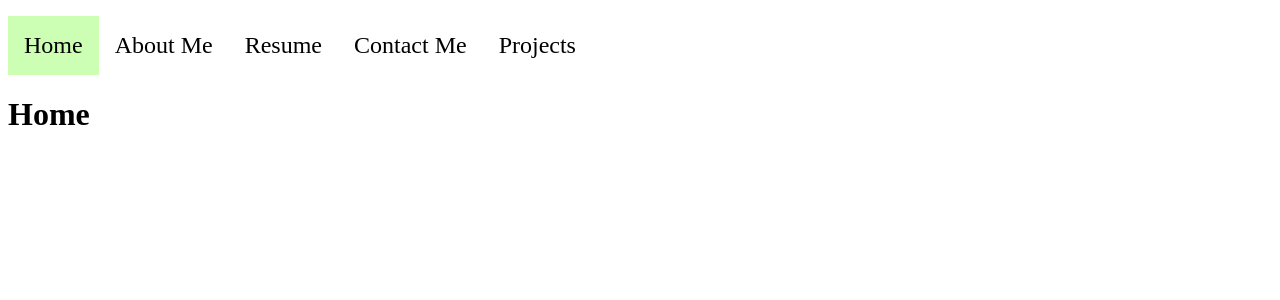
Repository: meganclapinski/meganclapinski.github.io
Page: contactme.html
The author's editor kept a record of every edit. The page is drawn from the files as they stood at one moment, then again after the next edit.
The browser window is 1280 px wide. The pictures show the whole page.

Above is the page before.

### contactme.html
<!DOCTYPE html>
<html>
   <head>
   <title>Megan's Portfolio</title>

   <link rel="stylesheet" type="text/css" href="style.css">

   </head>
   <body>
        <ul class="navbar">
            <li class="active"> <a href="index.html" >Home</a></li>
             <li> <a href="aboutme.html">About Me</a></li>
            <li> <a href="resume.html" >Resume</a></li>
            <li> <a href="contactme.html">Contact Me</a></li>

            <li class= "dropdown">
              <div>Projects</div>
              <ul class="dropdown-content">
                  <li> <a href="project1.html">Project 1</a></li>
                  <li> <a href="project2.html">Project 2</a></li>
                  <li> <a href="project3.html">Project 3</a></li>
                  </ul>
            </li>

        </ul>

        <h1>Home</h1>

### style.css
 .navbar{
           list-style:none;
           background-color:white;
           overflow: hidden;
           padding: 0;
       }
       .navbar a, .dropdown div {
           text-decoration:none;
           color:black;
           font-size: 24px;
           padding: 16px ;
           display:inline-block ;
       }
       .navbar li{
           float:left;

       }
       .navbar li:hover{
           background-color:#99ccff;
       }
       .dropdown-content{
           list-style:none;
           padding:0;
           display:none;
           position:absolute;
           z-index:1;
           background-color:#ccffb3;
       }
       .dropdown-content li{
           float:none;

       }
       .dropdown:hover .dropdown-content{
           display:block;
       }
        .active {
           background-color:#ccffb3;
       }

After the next edit:
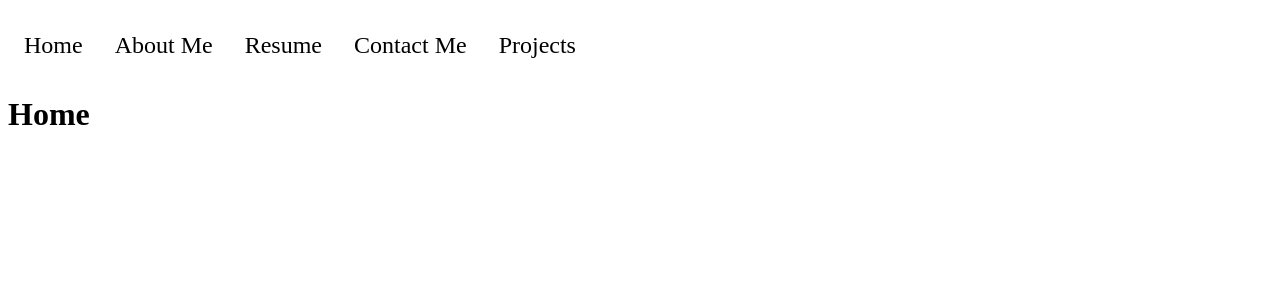
The edit:
--- a/contactme.html
+++ b/contactme.html
@@ -8,7 +8,7 @@
    </head>
    <body>
         <ul class="navbar">
-            <li class="active"> <a href="index.html" >Home</a></li>
+            <li> <a href="index.html" >Home</a></li>
              <li> <a href="aboutme.html">About Me</a></li>
             <li> <a href="resume.html" >Resume</a></li>
             <li> <a href="contactme.html">Contact Me</a></li>
